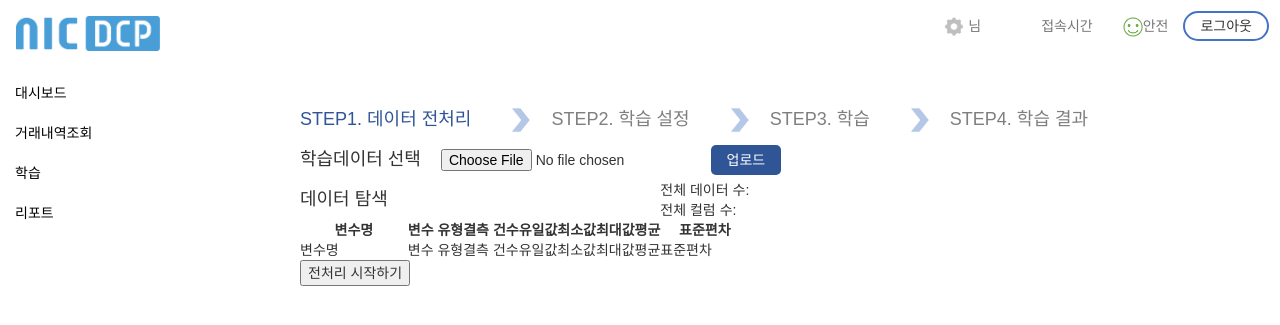
Repository: zzyeah0/project01
Page: http://localhost/nicdcp_frontend/step1.jsp
These files come from the project's save history. The page is drawn as it stood at one moment and after the next save; the edit follows.
The browser window is 1280 px wide. The pictures show the whole page.
Some web fonts or font styles are not loaded; a fallback is used. The page is served by Tomcat 9. Other server files are loaded and not shown. The template is opened directly, without the code that normally fills it, so the values that code supplies are empty.

Above is the page before, as saved 2021-05-24 09:49:47.

### nicdcp_frontend/src/main/webapp/step1.jsp
<%@ page language="java" contentType="text/html; charset=UTF-8"
    pageEncoding="UTF-8"%>
<%@ taglib prefix="c" uri="http://java.sun.com/jsp/jstl/core" %>
<!DOCTYPE html>
<html>
<head>
<meta charset="UTF-8">
<meta name="viewport" content="width=device-width", initial-scale="1">
<link rel="stylesheet" href="css/bootstrap.css">
<link rel="stylesheet" href="css/nicdcp.css">
<title>NICDCP</title>
</head>
<body>
<script>
	function checkFile() {
		var fm = document.fileForm;
		var fnm = fm.uploadFile;
		var ext = fnm.value;

		if(!(ext.substr(ext.length-3) == 'cvs')) {
			alert("CVS 파일만 업로드 가능합니다.");
			return false;
		}
		fm.submit();
	}
</script>
	<jsp:include page="/header.jsp" />
	<div class="pages">
		<table>
			<tr>
				<td><h4 class="text-blue">STEP1. 데이터 전처리</h4></td>
				<td><img src="./image/next.png" class="next-img" alt="" /></td>
				<td><h4 class="text-grey">STEP2. 학습 설정</h4></td>
				<td><img src="./image/next.png" class="next-img" alt="" /></td>
				<td><h4 class="text-grey">STEP3. 학습</h4></td>
				<td><img src="./image/next.png" class="next-img" alt="" /></td>
				<td><h4 class="text-grey">STEP4. 학습 결과</h4></td>
			</tr>
		</table>
		<form action="<%= application.getContextPath() %>/dataUpload.do" method="post" enctype="multipart/form-data">
		<table>
			<tr>
				<th><h4>학습데이터 선택</h4></th>
				<td colspan="7">
					<input type="file" name="file"/>
				</td>
				<td>
					<input type="submit" value="업로드" class="btn blue"/>
				</td>
			</tr>
		</table>
		</form>
		<table>
			<tr>
				<td><h4>데이터 탐색</h4></td>
				<td colspan="6"></td>
				<td>전체 데이터 수: <br/>전체 컬럼 수: </td>
			</tr>
			<tr>
				<th>변수명</th>
				<th>변수 유형</th>
				<th>결측 건수</th>
				<th>유일값</th>
				<th>최소값</th>
				<th>최대값</th>
				<th>평균</th>
				<th>표준편차</th>
			</tr>
			<tr>
				<td>변수명</td>
				<td>변수 유형</td>
				<td>결측 건수</td>
				<td>유일값</td>
				<td>최소값</td>
				<td>최대값</td>
				<td>평균</td>
				<td>표준편차</td>
			</tr>
		</table>
		<input type="button" onclick="location.href='step2.jsp'" value="전처리 시작하기" />
	</div>
</body>
</html>

### nicdcp_frontend/src/main/webapp/header.jsp
<%@ page language="java" contentType="text/html; charset=UTF-8"
    pageEncoding="UTF-8"%>
<!DOCTYPE html>
<html>
<head>
<meta charset="UTF-8">
<meta name="viewport" content="width=device-width", initial-scale="1">
<link rel="stylesheet" href="css/bootstrap.css">
<link rel="stylesheet" href="css/nicdcp.css">
<title>Insert title here</title>
<script
  src="https://code.jquery.com/jquery-3.6.0.min.js"
  integrity="sha256-/xUj+3OJU5yExlq6GSYGSHk7tPXikynS7ogEvDej/m4="
  crossorigin="anonymous"></script>
</head>
<body>
	<nav class="navbar navbar-default">
		<div class="navbar-header">
			<button type="button" class="navbar-toggle collapsed" data-toggle="collapse" data-targe="#bs-example-navbar-collapse-1"	aria-expanded="false">
				<span class="icon-bar"></span>
				<span class="icon-bar"></span>
				<span class="icon-bar"></span>
			</button>
			<a class="navbar-brand" href="<%=request.getContextPath() %>/dashboard.do"><img class="logo" src="./image/NIC-DCP.png"/></a>
		</div>
		<div class="collapse navbar-collapse" id="bs-example-navbar-collapse-1">
			<ul class="nav navbar-nav navbar-right">
				<li><a href="password.jsp"><img src="./image/config.png" id="config-img" alt="" /> ${emp_name}님</a></li>
				<li><a>${emp_ip}</a></li>
				<li><a>접속시간</a></li>
				<li><a><img src="./image/safe.png" class="invasion-monitoring-img" alt="" />안전</a></li>
				<li><button id="logout-btn" onclick="location.href='logout.do'">로그아웃</button></li>
			</ul>
		</div>
	</nav>
	<div class="vertical-nav">
		<ul class="nav navbar-left">
			<li><a href="<%=request.getContextPath() %>/dashboard.do">대시보드</a></li>
			<li><a href="<%=request.getContextPath() %>/transaction.do">거래내역조회</a></li>
			<li><a href="<%=request.getContextPath() %>/learningList.do">학습</a></li>
			<li><a href="<%=request.getContextPath() %>/report.do">리포트</a></li>
		</ul>
	</div>
</body>
</html>

### nicdcp_frontend/src/main/webapp/css/nicdcp.css
@font-face {
	font-family: 'Noto Sans KR';
	font-style: normal;
	font-weight: 100;
	src: url(//fonts.gstatic.com/ea/notosanskr/v2/NotoSansKR-Thin.woff2) format('woff2'),url(//fonts.gstatic.com/ea/notosanskr/v2/NotoSansKR-Thin.woff) format('woff'),url(//fonts.gstatic.com/ea/notosanskr/v2/NotoSansKR-Thin.otf) format('opentype');
	}
@font-face {
	font-family: 'Noto Sans KR';
	font-style: normal;
	font-weight: 300;
	src: url(//fonts.gstatic.com/ea/notosanskr/v2/NotoSansKR-Light.woff2) format('woff2'),url(//fonts.gstatic.com/ea/notosanskr/v2/NotoSansKR-Light.woff) format('woff'),url(//fonts.gstatic.com/ea/notosanskr/v2/NotoSansKR-Light.otf) format('opentype');
	}
	@font-face {
	font-family: 'Noto Sans KR';
	font-style: normal;
	font-weight: 400;
	src: url(//fonts.gstatic.com/ea/notosanskr/v2/NotoSansKR-Regular.woff2) format('woff2'),url(//fonts.gstatic.com/ea/notosanskr/v2/NotoSansKR-Regular.woff) format('woff'),url(//fonts.gstatic.com/ea/notosanskr/v2/NotoSansKR-Regular.otf) format('opentype');
	}
	@font-face {
	font-family: 'Noto Sans KR';
	font-style: normal;
	font-weight: 500;
	src: url(//fonts.gstatic.com/ea/notosanskr/v2/NotoSansKR-Medium.woff2) format('woff2'),url(//fonts.gstatic.com/ea/notosanskr/v2/NotoSansKR-Medium.woff) format('woff'),url(//fonts.gstatic.com/ea/notosanskr/v2/NotoSansKR-Medium.otf) format('opentype');
	}
	@font-face {
	font-family: 'Noto Sans KR';
	font-style: normal;
	font-weight: 700;
	src: url(//fonts.gstatic.com/ea/notosanskr/v2/NotoSansKR-Bold.woff2) format('woff2'),url(//fonts.gstatic.com/ea/notosanskr/v2/NotoSansKR-Bold.woff) format('woff'),url(//fonts.gstatic.com/ea/notosanskr/v2/NotoSansKR-Bold.otf) format('opentype');
	}
	@font-face {
	font-family: 'Noto Sans KR';
	font-style: normal;
	font-weight: 900;
	src: url(//fonts.gstatic.com/ea/notosanskr/v2/NotoSansKR-Black.woff2) format('woff2'),url(//fonts.gstatic.com/ea/notosanskr/v2/NotoSansKR-Black.woff) format('woff'),url(//fonts.gstatic.com/ea/notosanskr/v2/NotoSansKR-Black.otf) format('opentype');
	}
	body, h1, h2, h3, h4, h5, h6, input, textarea, select {
	font-family: 'Noto Sans KR', sans-serif;
	}



/* 버튼 길이 */
.btn-long {
	width: 230px;
	height: 40px;
}

.container {
	width: 100%;
	height: 100vh;
	display: flex;
}

.loginBox{
	margin:auto;
	text-align: center;
}

#lostPwdTb {
	margin-top: -60%;
	width: 400px;
}

.loginLogo {
	max-width: 400px;
	min-width: 100px;
	padding-bottom: 100px;
	margin-top: -100px;
}

.step-bar {
	width: 29%;
	height: 5px;
	float: left;
	margin-left: 5px;
	border: none;
	margin-bottom: 40px;
}

.loginBox table {
	margin:auto;
}

.loginImg {
	width: 30px;
	margin: 2px;
}

.loginInput {
	background-color: #DAE3F3;
	border: 0px;
	width: 200px;
	height: 30px;
	padding: 5px;
	border-radius: 3px;
}

.title{
	font-size: 20px;
	font-weight: bold;
	text-align: left;
}

.vertical-nav{
	float:left;
	width: 200px;
	height: 100%;
}

.pages {
	position: absolute;
	left: 300px;
	top: 100px;
}

#performance {
	width: 200px;
	margin-bottom: 30px;
}

th{
	text-align: center;
}

.regi th{
	padding: 10px 10px;
}

.logo {
	height: 35px;
}

#config-img{
	width: 20px;
}

.invasion-monitoring-img{
	width: 20px;
}

#logout-btn {
	border-radius: 15px;
	border: 2px solid #4472C4;
	padding: 3px 15px;
	margin-top: 10px;
	margin-right: 10px;
	background-color: white;
}

.box{
	position: relative;
	margin: 10px;
	padding: 10px;
	background-color: #E2F0D9;
	border-radius: 10px;
}

.short {
	width: 180px;
	height: 100px;
}

.long {
	width: 250px;
	height: 80px;
}

.big {
	width: 250px;
	height: 125px;
}

.transp {
	background-color:white;
	border: solid 3px #2F528F;
	margin: 10px;
	padding: 10px;
	border-radius: 10px;
	max-height: 300px;
}

.transp table {
	width: 100%;
}

.transp th {
	text-align: left;
	padding: 0 10px;
}
.transp td {
	text-align: center;
}
.box img {
	width: 15px;
}

.box button {
	border: none;
	outline: none;
	background-color: transparent;
	position: absolute;
	top: 7px;
	right: 7px;
}

#more-btn{
	width: 20px;
}

#learning-btn{
	float: right;
	width: 100px;
}

.explainBox {
	border: solid 1px #D9D9D9;
	float: right;
	padding: 10px;
	margin-top: 50px;
	width: 50%;
}
.filter {
	background-color: #ADB9CA;
	padding: 10px;
}

.filter table{
	min-width: 800px;
	min-height: 100px;
}

.content table{
	min-width: 820px;
	margin-top: 20px;
}
.content table tr{
	height: 30px;
	text-align: center;
}

.d-tb table{
	min-width: 600px;
}

.d-tb tr{
	height: 30px;
	text-align: center;
}

.d-tb th{
	background-color: #D9D9D9;
}
.btn{
	border-radius: 5px;
	border: none;
	padding: 5px;
	margin: 5px;
	color: white;
	min-width: 70px;
}

.content th {
	background-color: #D9D9D9;
	text-align: center;
}

.content td a:link{
	color: black;
	text-decoration: none;
}

.content td a:hover{
	color: #4472C4;
	text-decoration: none;
}

.yesorno {
	width: 20px;
}

.align-left{
	text-align: left;
}

.align-center{
	text-align: center;
}

h4{
	text-align: left;
	margin-right: 20px;
}

a{
	color: black;
	text-decoration: none;
}
a:hover {
	color: black;
	text-decoration: none;
}

.text-blue {
	color: #2F5597;
}

.text-grey {
	color: #7F7F7F;
}

.next-img {
	width: 20px;
	margin: 0 20px;
}
.inline {
	display: inline-block;
}

.report-tb th {
	background-color: #D9D9D9;
	text-align: center;
}

/*background-color*/
.blue {
	background-color: #2F5597;
}

.liblue2 {
	background-color: #4472C4;
}

.liblue {
	background-color: #8FAADC;
}

.grey {
	background-color: #AFABAB;
}

.ligrey {
	background-color: #AFABAB;
}

.red {
	background-color: #FBE5D6;
}

.coral {
	background-color: #F4B183;
}

.yellow{
	background-color: #FFF2CC;
}

Loaded but not shown: nicdcp_frontend/src/main/webapp/css/bootstrap.css (library)

After the next save:
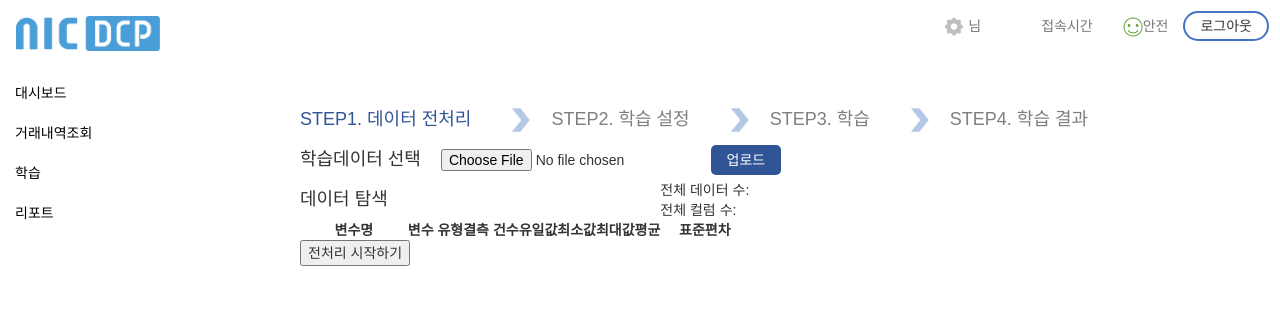
Saved 9 s later.
--- a/nicdcp_frontend/src/main/webapp/step1.jsp
+++ b/nicdcp_frontend/src/main/webapp/step1.jsp
@@ -66,16 +66,6 @@
 				<th>평균</th>
 				<th>표준편차</th>
 			</tr>
-			<tr>
-				<td>변수명</td>
-				<td>변수 유형</td>
-				<td>결측 건수</td>
-				<td>유일값</td>
-				<td>최소값</td>
-				<td>최대값</td>
-				<td>평균</td>
-				<td>표준편차</td>
-			</tr>
 		</table>
 		<input type="button" onclick="location.href='step2.jsp'" value="전처리 시작하기" />
 	</div>
